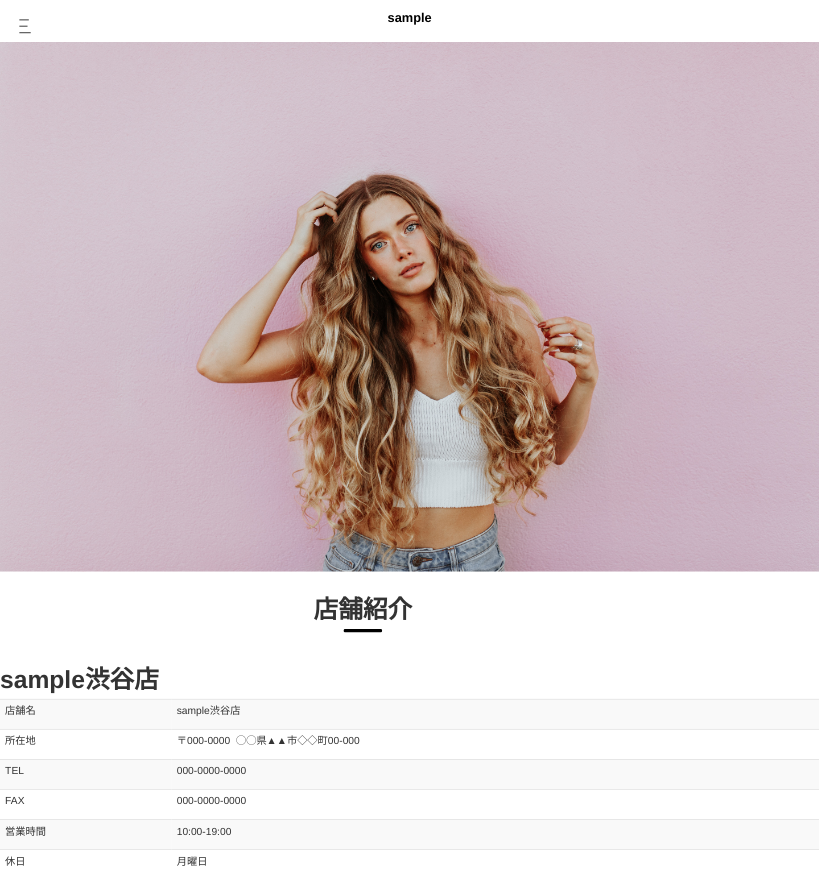
Repository: hayashikazuki/side_job_tenp_hayashi
Page: salon-tenp/profile.html
The author's editor kept a record of every edit. The page is drawn from the files as they stood at one moment, then again after the next edit.
The browser window is 1280 px wide. The pictures show the whole page, at 64% of full size.
Some web libraries are served in a nearby version.

Above is the page before.

### salon-tenp/profile.html
<!DOCTYPE>
<html lang="ja">
    <head>
        <meta charaset="UTF-8">
        <title>sampleサロン</title>
        <meta charset="UTF-8">
        <meta name="viewport" content="width=device-width,initial-scale=1">
        <link rel="stylesheet" href="profile.css"/>
        <link rel="stylesheet" href="bootstrap.css"/>
        <link href="https://use.fontawesome.com/releases/v5.6.1/css/all.css" rel="stylesheet">
        <link rel="stylesheet" href="https://cdnjs.cloudflare.com/ajax/libs/font-awesome-animation/0.0.10/font-awesome-animation.css"
        type="text/css" media="all" />
        <script src="https://ajax.googleapis.com/ajax/libs/jquery/3.5.1/jquery.min.js"></script>
        <script src="profile.js"></script>
    </head>
    <body>
        <header>
            <h1>sample</h1>
        </header>

        <div id="navArea">

            <nav>
                <div class="inner">
                  <ul>
                    <li><a href="#">TOP</a></li>
                    <li><a href="#">店舗紹介</a></li>
                    <li><a href="#">お問い合わせ</a></li>
                  </ul>
                </div>
            </nav>

          　<div class="toggle_btn">
                <span></span>
                <span></span>
                <span></span>
          　</div>

      　　　　<div id="mask"></div>

    　　</div>

        <div class="main-img">
            <img src="./salon-img/averie-woodard-4nulm-JUYFo-unsplash.jpg">
        </div>

        <div class="shop-title">
            <h1>店舗紹介</h1>
        </div>

        <section class="shop-info">
            <h1>sample渋谷店</h1>
            <p></p>

            <div class="shop-img">
                <img src="">
            </div>
            <div class="info">
                <table class="table table-striped">
                    <tr>
                        <td><p>店舗名</p></td>
                        <td><p>sample渋谷店</p></td>
                    </tr>
                    <tr>
                        <td><p>所在地</p></td>
                        <td><p>〒000-0000&nbsp;&nbsp;◯◯県▲▲市◇◇町00-000</p></td>
                    </tr>
                    <tr>
                        <td><p>TEL</p></td>
                        <td><p>000-0000-0000</p></td>
                    </tr>
                    <tr>
                        <td><p>FAX</p></td>
                        <td><p>000-0000-0000</p></td>
                    </tr>
                    <tr>
                        <td><p>営業時間</p></td>
                        <td><p>10:00-19:00</p></td>
                    </tr>
                    <tr>
                        <td><p>休日</p></td>
                        <td><p>月曜日</p></td>
                    </tr>
                </table>
            </div>

        </section>

    </body>
</html>

### salon-tenp/profile.css
body{
    margin:0;
}

header {
  position: fixed;
  top: 0;
  left: 0;
  z-index: 2;
  width: 100%;
  height: 65px;
  background: white;
}
header h1 {
  color: black;
  text-align:center;
  font-size:20px;
  line-height:35px;
  transition: .3s;
}

/*============
nav
=============*/
nav {
  display: block;
  position: fixed;
  top: 0;
  left: -300px;
  bottom: 0;
  width: 300px;
  background: #ffffff;
  overflow-x: hidden;
  overflow-y: auto;
  -webkit-overflow-scrolling: touch;
  transition: .5s;
  z-index: 3;
}
.open nav {
  left: 0;
}
nav .inner {
  padding: 25px;
}
nav .inner ul {
  list-style: none;
  margin: 0;
  padding: 0;
}
nav .inner ul li {
  position: relative;
  margin: 0;
  border-bottom: 1px solid #333;
}
nav .inner ul li a {
  display: block;
  color: #333;
  font-size: 14px;
  padding: 1em;
  text-decoration: none;
  transition-duration: 0.2s;
}
nav .inner ul li a:hover {
  background: #e4e4e4;
}

@media screen and (max-width: 767px) {
  nav {
    left: -240px;
    width: 240px;
  }
}
/*============
@keyframes
=============*/
@keyframes equalizer01 {
  0% {
    width: 70%;
  }
  10% {
    width: 50%;
  }
  20% {
    width: 100%;
  }
  30% {
    width: 10%;
  }
  40% {
    width: 50%;
  }
  50% {
    width: 70%;
  }
  60% {
    width: 50%;
  }
  70% {
    width: 10%;
  }
  80% {
    width: 100%;
  }
  90% {
    width: 10%;
  }
  100% {
    width: 70%;
  }
}
@keyframes equalizer02 {
  0% {
    width: 30%;
  }
  10% {
    width: 20%;
  }
  20% {
    width: 40%;
  }
  30% {
    width: 10%;
  }
  40% {
    width: 20%;
  }
  50% {
    width: 30%;
  }
  60% {
    width: 20%;
  }
  70% {
    width: 10%;
  }
  80% {
    width: 40%;
  }
  90% {
    width: 10%;
  }
  100% {
    width: 30%;
  }
}
/*============
.toggle_btn
=============*/
.toggle_btn {
  display: block;
  position: fixed;
  top: 25px;
  left: 30px;
  width: 60px;
  height: 30px;
  transform: translate(0, 0);
  transition: all .5s;
  cursor: pointer;
  z-index: 3;
}
.open .toggle_btn {
  left: 330px;
}
.toggle_btn span {
  display: block;
  position: absolute;
  left: 0;
  width: 30px;
  height: 2px;
  background-color: #666;
  transition: all .5s;
}
.toggle_btn span:nth-child(1) {
  top: 5px;
  width: 60px;
  animation: equalizer01 7000ms infinite;
}
.toggle_btn span:nth-child(2) {
  top: 15px;
  width: 30px;
  animation: equalizer02 5000ms infinite;
  animation-delay: 0.33s;
}
.toggle_btn span:nth-child(3) {
  top: 25px;
  width: 20px;
  animation: equalizer02 5000ms infinite;
}
.open .toggle_btn span {
  background-color: #fff;
  width: 30px;
}
.open .toggle_btn span:nth-child(1) {
  transform: translate(0, 10px) rotate(-45deg);
  animation: unset;
}
.open .toggle_btn span:nth-child(2) {
  opacity: 0;
  animation: unset;
}
.open .toggle_btn span:nth-child(3) {
  transform: translate(0, -10px) rotate(45deg);
  animation: unset;
}
@media screen and (max-width: 767px) {
  .open .toggle_btn {
    left: 260px;
  }
}
/*============
#mask
=============*/
#mask {
  display: none;
}
.open #mask {
  display: block;
  position: fixed;
  top: 0;
  left: 0;
  width: 100%;
  height: 100%;
  background: #000;
  opacity: .8;
  z-index: 2;
  cursor: pointer;
  transition: all .5s;
}


.main-img{
  margin-top:20px;
}

.main-img img{
    width:100%;
}

.shop-title{
  width:300px;
  margin:30px auto;
}

.shop-title h1 {
  position: relative;
  display: inline-block;
  margin-bottom: 1em;
}

.shop-title h1:before {
  content: '';
  position: absolute;
  bottom: -15px;
  display: inline-block;
  width: 60px;
  height: 5px;
  left: 50%;
  -webkit-transform: translateX(-50%);
  transform: translateX(-50%);
  background-color: black;
  border-radius: 2px;
}

Loaded but not shown: salon-tenp/bootstrap.css (library); salon-tenp/profile.js (no copy from this time; the picture is the same without it)

After the next edit:
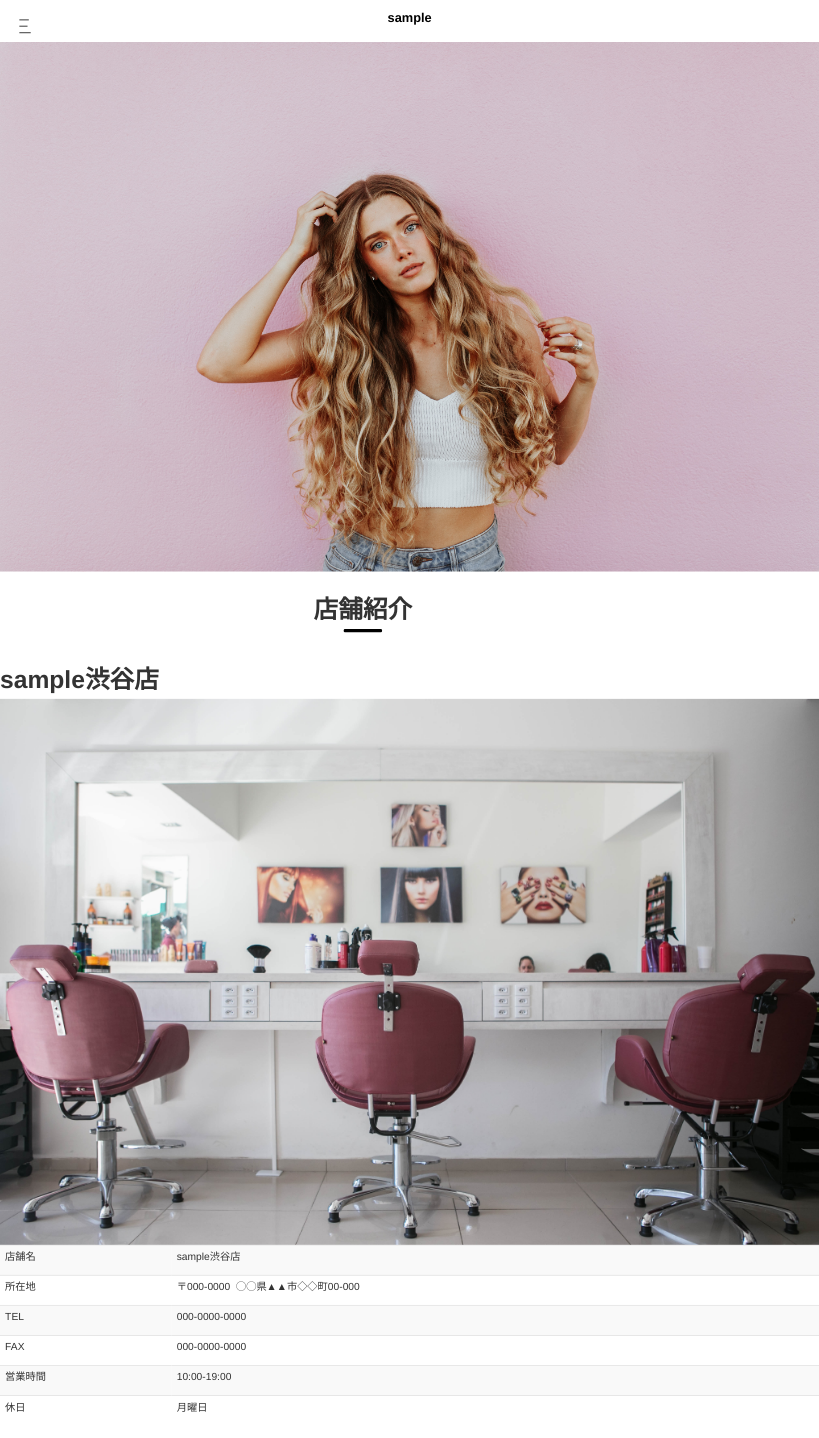
The edit:
--- a/salon-tenp/profile.html
+++ b/salon-tenp/profile.html
@@ -53,7 +53,7 @@
             <p></p>
 
             <div class="shop-img">
-                <img src="">
+                <img src="./salon-img/guilherme-petri-PtOfbGkU3uI-unsplash.jpg">
             </div>
             <div class="info">
                 <table class="table table-striped">
